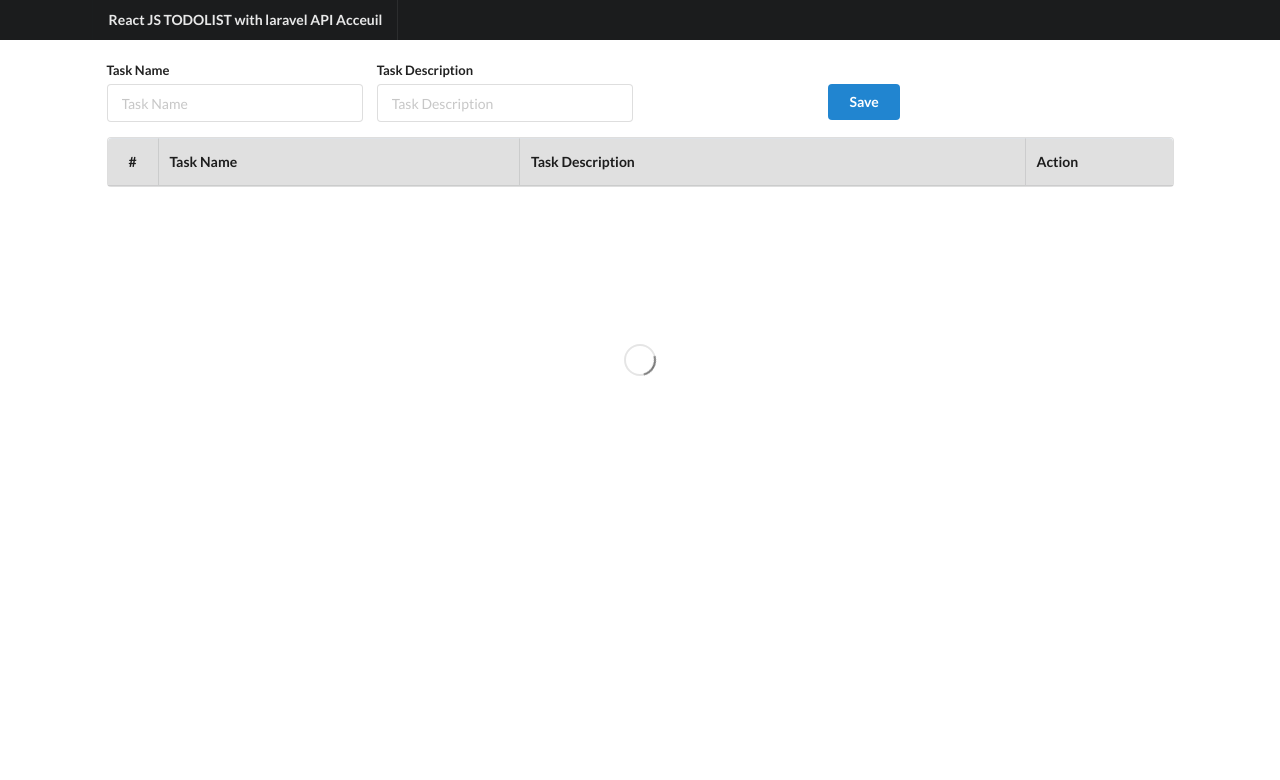
Repository: balkisys/react-js-crud
Page: /
These files come from the project's save history. The page is drawn as it stood at one moment and after the next save; the edit follows.
The browser window is 1280 px wide. The pictures show the whole page.
The page's requests for data from a server got no answer. The project was rebuilt for these pictures with package versions that can differ from the ones it lists, and the page was loaded fresh each time. No one was signed in, and anything a server would have sent is missing. Also part of the build but not shown: src/components/Task.js.

Above is the page before, as saved 2021-02-07 17:36:23.

### public/index.html
<!DOCTYPE html>
<html lang="en">
  <head>
    <meta charset="utf-8" />
    <link rel="icon" href="%PUBLIC_URL%/favicon.ico" />
    <meta name="viewport" content="width=device-width, initial-scale=1" />
    <meta name="theme-color" content="#000000" />
    <meta
      name="description"
      content="Web site created using create-react-app"
    />
    <link rel="apple-touch-icon" href="%PUBLIC_URL%/logo192.png" />
    <link rel="stylesheet" href="https://stackpath.bootstrapcdn.com/bootstrap/4.3.1/css/bootstrap.min.css" integrity="sha384-ggOyR0iXCbMQv3Xipma34MD+dH/1fQ784/j6cY/iJTQUOhcWr7x9JvoRxT2MZw1T" crossorigin="anonymous">

    <link
    rel="stylesheet"
    href="https://cdnjs.cloudflare.com/ajax/libs/semantic-ui/2.4.1/semantic.min.css"
    />

    <!--
      manifest.json provides metadata used when your web app is installed on a
      user's mobile device or desktop. See https://developers.google.com/web/fundamentals/web-app-manifest/
    -->
    <link rel="manifest" href="%PUBLIC_URL%/manifest.json" />
    <!--
      Notice the use of %PUBLIC_URL% in the tags above.
      It will be replaced with the URL of the `public` folder during the build.
      Only files inside the `public` folder can be referenced from the HTML.

      Unlike "/favicon.ico" or "favicon.ico", "%PUBLIC_URL%/favicon.ico" will
      work correctly both with client-side routing and a non-root public URL.
      Learn how to configure a non-root public URL by running `npm run build`.
    -->
    <title>React App</title>
  </head>
  <body>
    <noscript>You need to enable JavaScript to run this app.</noscript>
    <div id="root"></div>
    <!--
      This HTML file is a template.
      If you open it directly in the browser, you will see an empty page.

      You can add webfonts, meta tags, or analytics to this file.
      The build step will place the bundled scripts into the <body> tag.

      To begin the development, run `npm start` or `yarn start`.
      To create a production bundle, use `npm run build` or `yarn build`.
    -->
  </body>
</html>

### src/index.js
import React from "react";
import ReactDOM from "react-dom";
import App from "./components/App";


ReactDOM.render(<App/>, document.querySelector("#root"));

### src/components/App.js
import React , {Component} from "react" ;
import axios from "axios";
import MyForm from "./MyForm";
import TaskList from "./TaskList";
import "./app.css";
import Loader from "./Loader";
import Home from "./Home";

class App extends Component {
    render () {
      return (
          <div>
          <div className="ui fixed inverted menu">
          <div className="ui container">

           <a href="/#" className="header item">
                          React JS TODOLIST  with laravel API Acceuil
               </a>


          </div>
          </div>
          <div className="ui main container">
           <Home/>
          </div>
          </div>
      );
    }
}
export default App ;

### src/components/MyForm.js
import React , {Component} from "react" ;


class MyForm extends Component {
    state = {
        form: {task_name:'' , task_discription:'',isEdit: false},
        btnName: "Save",
        btnClass:"ui primary button submit-button"
    };
    isEmpty(obj){
        return Object.entries(obj).length === 0  && obj.constructor === Object;

    }
    componentDidUpdate(prevProps) {
        if(prevProps !== this.props && !this.isEmpty(this.props.task)) {
           this.setState({
               form: {...this.props.task, isEdit: true},
               btnName: "Update",
               btnClass: "ui orange button submit-button"
           });

            // console.log("update");
        }

    }

    handleChange = event => {
        const {name, value } = event.target;
        let form = this.state.form;
        form[name] = value ;
        this.setState({ form });
    };

    onFormSubmit = (event) =>  {
       // prevent form submit
       event.preventDefault();
       // form validation
      if (this.formValidation()) {
          // send form data to app
          this.props.onFormSubmit(this.state.form);
      }
      // change the button to save
      this.setState({
          btnName: "Save",
          btnClass: "ui primary button submit-button"
      })
      // clear form fields
      this.clearFormFields()
    };
    formValidation = () => {
        // task name
        if(document.getElementsByName("task_name")[0].value === "" ){
           alert('Enter task name') ;
           return false ;
        }
        //task description
        if(document.getElementsByName("task_discription")[0].value === "" ){
            alert('Enter task description ') ;
            return false ;
         }

         return true ;

    };
   clearFormFields = () => {
       // change form state
       this.setState({
        form: {task_name:'' , task_discription:'',  isEdit: false}

       });
       // clear form fields
       document.querySelector(".form").reset();
   };

   render() {
       return (
      <form className= "ui form">
       <div className="fields">
           <div className="four wide field">
           <label> Task Name </label>
           <input
            type="text"
            name="task_name"
            placeholder="Task Name"
            onChange={this.handleChange}
            value={this.state.form.task_name} />
           </div>

           <div className="four wide field">
           <label> Task Description </label>
           <input
           type="text"
            name="task_discription"
            placeholder="Task Description"
            onChange={this.handleChange}
            value={this.state.form.task_discription} />
           </div>

           <div className="four wide field">
           <button  className={this.state.btnClass} onClick={this.onFormSubmit}>
                {this.state.btnName}
                </button>
           </div>

       </div>
      </form>
       );
   }


}
export default MyForm ;

### src/components/TaskList.js
import React, {Component} from "react";
import Task from "./Task";

class TaskList extends Component {
         onDelete = id => {
             this.props.onDelete(id);
              //console.log("task list" , id);

         };
         onEdit = data => {
            this.props.onEdit(data);
            // console.log(task list" , id);

        };

    render() {
        const tasks = this.props.tasks;
        return (
          <div className="data">
              <table className="ui celled table">
                <thead>
                     <tr>
                         <th style={{ width: '50px' , textAlign: "center"}}>#</th>
                         <th>Task Name</th>
                         <th>Task Description</th>
                         <th style={{ width: "148px"}}>Action </th>
                     </tr>
                    </thead>

                    <tbody>
                        {tasks.map(task=>{
                              return <Task
                              task={task}
                              key={task.id}
                              onDelete={this.onDelete}
                              onEdit={this.onEdit}
                              />;

                            })
                        }

                    </tbody>
              </table>

          </div>
        );
    }
}

export default TaskList;

### src/components/app.css
.main.container{
    margin-top: 60px;
}
.submit-button {
    margin-top: 24px !important;
    float: right;
}

.data {
    margin-top: 15px;
}

thead tr th {
     background: #e0e0e0 !important;
}

.ui.inverted.dimmer {
    background-color:rgba(255, 255, 255, 0) !important;
}

### src/components/Loader.js
import React, { Component } from 'react'

 class Loader extends Component {
    render() {
        return (
            <div className="ui active inverted dimmer">
               <div className="ui loader"></div>
            </div>
        )
    }
}

export default Loader

### src/components/Home.js
import React , {Component} from "react" ;
import axios from "axios";
import MyForm from "./MyForm";
import TaskList from "./TaskList";
import "./app.css";
import Loader from "./Loader";

class Home extends Component {
    state = {

        tasks: [],
        task:{},
        loader: false,
        url: "http://127.0.0.1:8000/api/todolists"
    };
    getTasks = async () => {
        this.setState({ loader:true});
        const tasks =  await axios.get(this.state.url);
        this.setState({ tasks: tasks.data, loader:false });
    }

       deleteTask =  async id => {
               this.setState({ loader : true});
             await  axios.delete(`${this.state.url}/${id}`);
             this.getTasks();
       }

       createTask = async data => {
           this.setState({loader:true });
           await axios.post(this.state.url,{
               task_name: data.task_name,
               task_discription: data.task_discription,

           });
           this.getTasks();
       } ;

       editTask = async (data) => {
          // clear task obj
          this.setState({ task: {} , loader: true }) ;
          await axios.put(`${this.state.url}/${data.id}`, {
            task_name: data.task_name,
            task_discription: data.task_discription,
          });
          this.getTasks();
       }

    componentDidMount(){
        this.getTasks();
    }

       onDelete = id => {
         // console.log ("app" , id );
         this.deleteTask(id);
       }

       onEdit = data => {

        //console.log ("app" , data );
        this.setState({ task: data});

      }


      onFormSubmit = data => {
          //console.log("app" , data);
          if(data.isEdit) {
              this.editTask(data);
             // if is edit true
          } else {
                  // if is edit false
                  this.createTask(data);
          }
      };

    render () {
      return (
          <div>
          <div className="ui fixed inverted menu">
          <div className="ui container">

           <a href="/#" className="header item">
                          React JS TODOLIST  with laravel API Acceuil
               </a>


          </div>
          </div>
          <div className="ui main container">
           <MyForm task={this.state.task}  onFormSubmit={this.onFormSubmit }     />
           {
               this.state.loader ? <Loader/> : ""
           }
           <TaskList
           tasks={this.state.tasks}
           onDelete={this.onDelete}
           onEdit={this.onEdit}

           />
          </div>
          </div>
      );
    }
}
export default Home ;

After the next save:
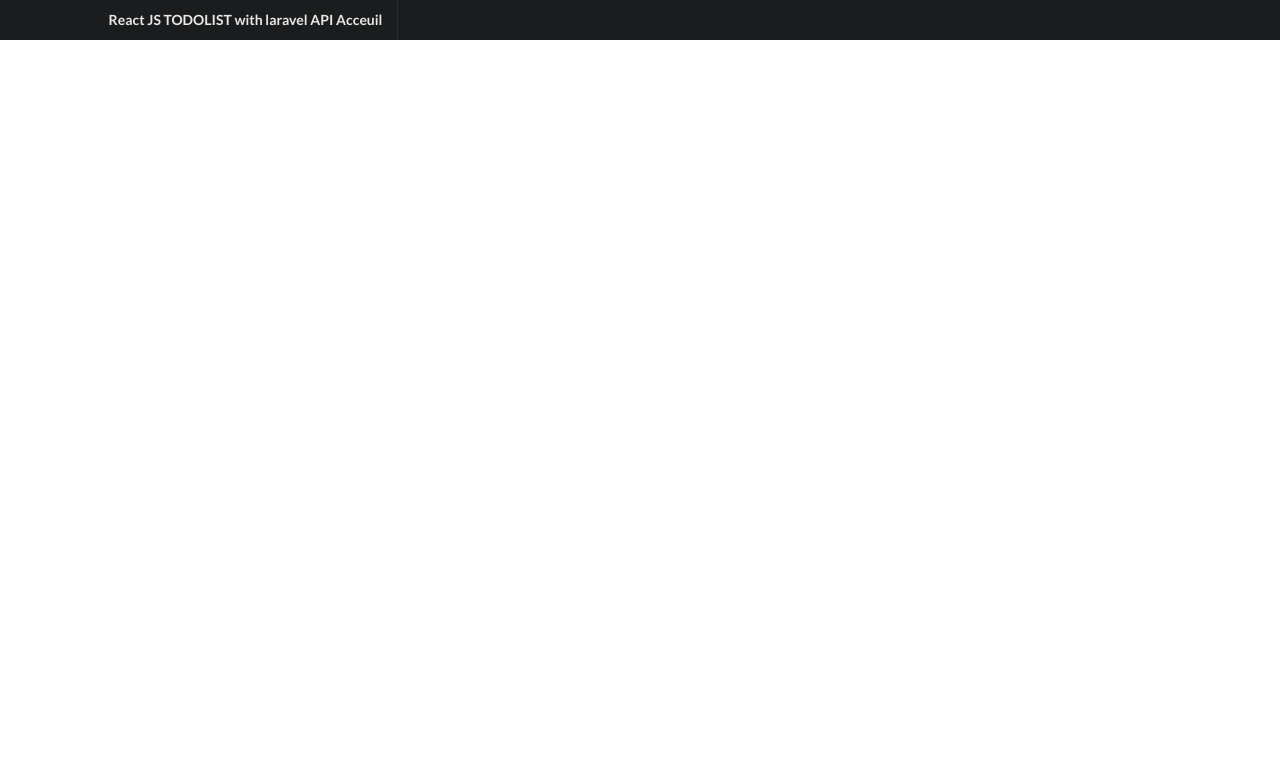
Saved 6 s later.
--- a/src/components/App.js
+++ b/src/components/App.js
@@ -21,7 +21,7 @@
           </div>
           </div>
           <div className="ui main container">
-           <Home/>
+
           </div>
           </div>
       );

After the save that followed:
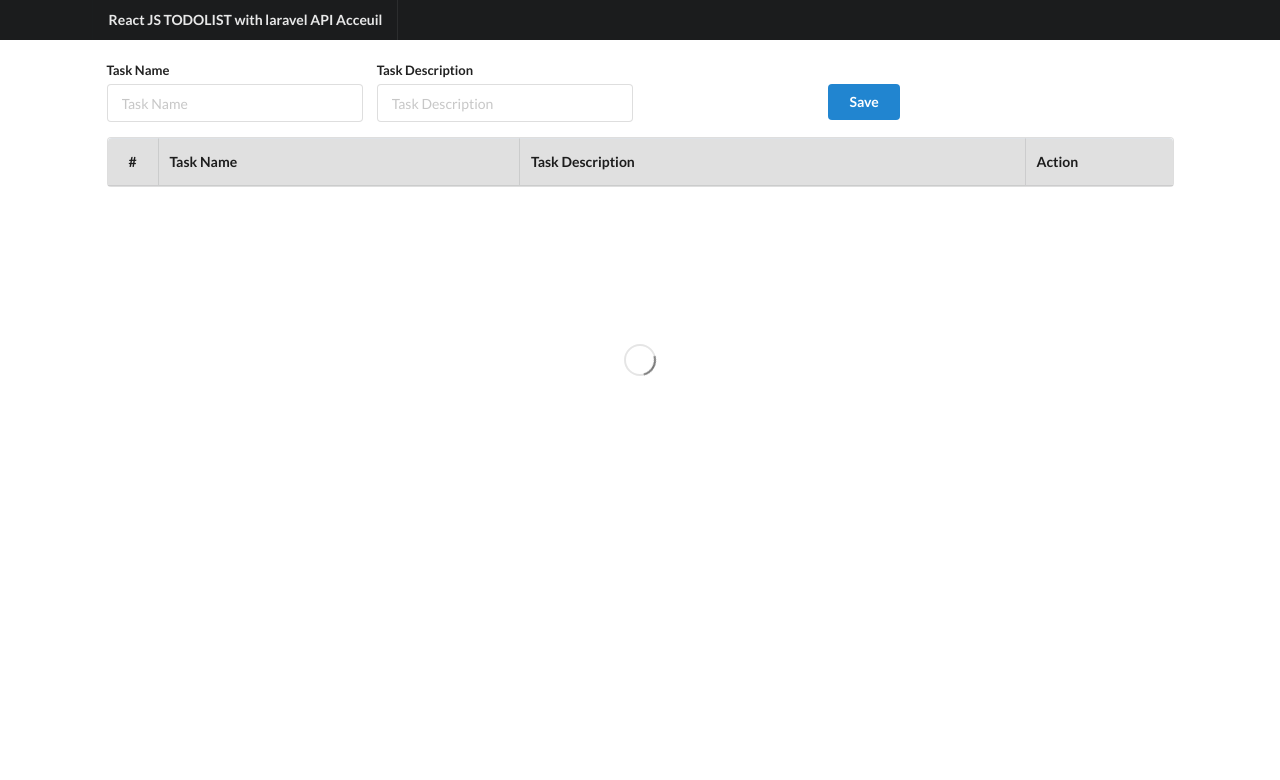
Saved 10 s later.
--- a/src/components/App.js
+++ b/src/components/App.js
@@ -21,7 +21,7 @@
           </div>
           </div>
           <div className="ui main container">
-
+           <Home/>
           </div>
           </div>
       );
